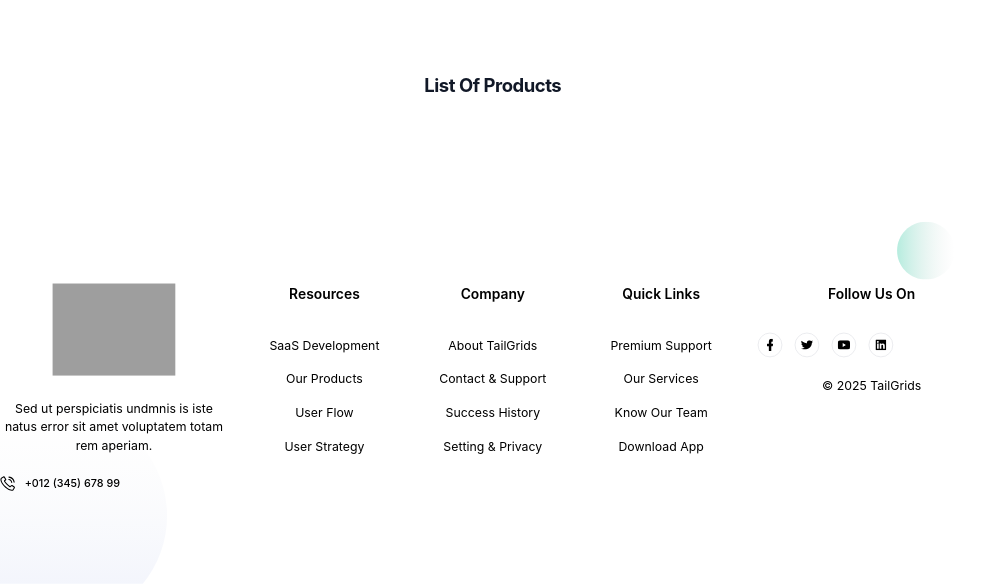
Repository: sayanroychaudhuri/React-One-Page-Ecommerce-Product-List
Page: /
These files come from the project's save history. The page is drawn as it stood at one moment and after the next save; the edit follows.
The browser window is 1280 px wide. The page is 1296 px wide, so the pictures cover 1296 px, including what lies to the right of the window. The pictures show the whole page, at 77% of full size.
Pictures or frames that could not be fetched are drawn as grey boxes. The page's requests for data from a server got no answer. The project was rebuilt for these pictures with package versions that can differ from the ones it lists, and the page was loaded fresh each time. No one was signed in, and anything a server would have sent is missing.

Above is the page before, as saved 2024-01-31 18:57:38.

### src/App.js
import './App.css';
import ProductList from './components/products/ProductList';

function App() {
  return (
    <div className="App">
      <ProductList />
    </div>
  );
}

export default App;

### src/components/products/ProductList.js
import React, { useEffect,useState } from 'react';
import axios from 'axios';

function ProductList() {
  const [products,setProducts] = useState([])
  const [pagination,setPagination] = useState({skip:0,total:0,currentPage:1})
  const getProductList = ()=>{
    axios.get(`https://dummyjson.com/products?limit=8&skip=${pagination.skip}`)
    .then(function (response) {
      // handle success
      let products = response.data.products;
      setProducts(products);
      setPagination({...pagination,total: Math.ceil(response.data.total/8)})
    })
    .catch(function (error) {
      // handle error
      console.log(error);
    })
}

  useEffect(() => {
    setProducts([])
    getProductList();
  }, [pagination.currentPage])

  const returnPagination =()=>{
    let eachSide = 1;
    let pgArr = [];
    if(pagination.total<= ((2*eachSide)+5)){
      for(let n=1;n<=pagination.total;n++){
        pgArr.push(n);
      }
    }else{
      switch (true) {
        case pagination.currentPage<=(eachSide+3):
          for(let n=1;n<=((2*eachSide)+3);n++){
            pgArr.push(n);
          }
          pgArr.push('...',pagination.total)
          break;
        case pagination.currentPage>=(pagination.total-(eachSide+2)):
          pgArr.push(1,'...')
          for(let n=(pagination.total-(2*eachSide)-2);n<=pagination.total;n++){
            pgArr.push(n);
          }
          break;
        default:
          pgArr.push(1,'...')
          for(let n=(pagination.currentPage-eachSide);n<=(pagination.currentPage+eachSide);n++){
            pgArr.push(n);
          }
          pgArr.push('...',pagination.total)
          break;
      }
    }
    return <nav aria-label="Page navigation example">
    <ul className="inline-flex -space-x-px text-sm">
      {pagination.currentPage!== 1 &&
      <li>
        <a href="#" onClick={()=>_changePage(pagination.currentPage-1)} className="flex items-center justify-center px-3 h-8 ms-0 leading-tight text-gray-500 bg-white border border-e-0 border-gray-300 rounded-s-lg hover:bg-gray-100 hover:text-gray-700 dark:bg-gray-800 dark:border-gray-700 dark:text-gray-400 dark:hover:bg-gray-700 dark:hover:text-white">Previous</a>
      </li> }
      {pgArr.length > 0 && pgArr.map((data,key)=>{
        return pagination.currentPage===data ?
        <li>
        <a href="#" onClick={()=>_changePage(data)} aria-current="page" className="flex items-center justify-center px-3 h-8 text-blue-600 border border-gray-300 bg-blue-50 hover:bg-blue-100 hover:text-blue-700 dark:border-gray-700 dark:bg-gray-700 dark:text-white">{data}</a>
      </li> :
        <li>
        <a href="#" onClick={()=>_changePage(data)} className="flex items-center justify-center px-3 h-8 leading-tight text-gray-500 bg-white border border-gray-300 hover:bg-gray-100 hover:text-gray-700 dark:bg-gray-800 dark:border-gray-700 dark:text-gray-400 dark:hover:bg-gray-700 dark:hover:text-white">{data}</a>
      </li>
      })}


      {pagination.currentPage!== pagination.total &&
      <li>
        <a href="#" onClick={()=>_changePage(pagination.currentPage+1)} className="flex items-center justify-center px-3 h-8 leading-tight text-gray-500 bg-white border border-gray-300 rounded-e-lg hover:bg-gray-100 hover:text-gray-700 dark:bg-gray-800 dark:border-gray-700 dark:text-gray-400 dark:hover:bg-gray-700 dark:hover:text-white">Next</a>
      </li>}
    </ul>
  </nav>
  }

  const _changePage = (page)=>{
    setPagination({...pagination,currentPage: page,skip: ((8*page)-8)})
  }
  return (
    <React.Fragment>
    <div className="bg-white">
      <div className="mx-auto max-w-2xl px-4 py-16 sm:px-6 sm:py-24 lg:max-w-7xl lg:px-8">
        <h2 className="text-2xl font-bold tracking-tight text-gray-900">List Of Products</h2>
        <div className="mt-6 grid grid-cols-1 gap-x-6 gap-y-10 sm:grid-cols-2 lg:grid-cols-4 xl:gap-x-8">
          {products.map((product) => (
            <div key={product.id} className="group relative">
              <div className="aspect-h-1 aspect-w-1 w-full overflow-hidden rounded-md bg-gray-200 lg:aspect-none group-hover:opacity-75 lg:h-80">
                <img
                  src={product.thumbnail}
                  alt={product.brand}
                  className="h-full w-full object-cover object-center lg:h-full lg:w-full"
                />
              </div>
              <div className="mt-4 flex justify-between">
                <div>
                  <h3 className="text-sm text-gray-700">
                    <a href={product.href}>
                      <span aria-hidden="true" className="absolute inset-0" />
                      {product.title}
                    </a>
                  </h3>
                  <p className="mt-1 text-sm text-gray-500">{product.description}</p>
                </div>
                <p className="text-sm font-medium text-gray-900">${product.price}</p>
              </div>
            </div>
          ))}
        </div>
      </div>
    </div>
    {pagination.total > 0 &&
    returnPagination()
     }
     <footer
   class="relative z-10 bg-white dark:bg-dark pt-20 pb-10 lg:pt-[120px] lg:pb-20"
   >
   <div class="container mx-auto">
      <div class="flex flex-wrap -mx-4">
         <div class="w-full px-4 sm:w-2/3 lg:w-3/12">
            <div class="w-full mb-10">
               <a
                  href="javascript:void(0)"
                  class="mb-6 inline-block max-w-[160px]"
                  >
               <img
                  src="https://cdn.tailgrids.com/2.0/image/assets/images/logo/logo.svg"
                  alt="logo"
                  class="max-w-full dark:hidden"
                  />
               <img
                  src="https://cdn.tailgrids.com/2.0/image/assets/images/logo/logo-white.svg"
                  alt="logo"
                  class="max-w-full hidden dark:block"
                  />
               </a>
               <p class="text-base text-body-color dark:text-dark-6 mb-7">
                  Sed ut perspiciatis undmnis is iste natus error sit amet
                  voluptatem totam rem aperiam.
               </p>
               <p
                  class="flex items-center text-sm font-medium text-dark dark:text-white"
                  >
                  <span class="mr-3 text-primary">
                     <svg
                        width="20"
                        height="20"
                        viewBox="0 0 20 20"
                        fill="none"
                        xmlns="http://www.w3.org/2000/svg"
                        >
                        <g clip-path="url(#clip0_941_15626)">
                           <path
                              d="M15.1875 19.4688C14.3438 19.4688 13.375 19.25 12.3125 18.8438C10.1875 18 7.84377 16.375 5.75002 14.2813C3.65627 12.1875 2.03127 9.84377 1.18752 7.68752C0.250019 5.37502 0.343769 3.46877 1.43752 2.40627C1.46877 2.37502 1.53127 2.34377 1.56252 2.31252L4.18752 0.750025C4.84377 0.375025 5.68752 0.562525 6.12502 1.18752L7.96877 3.93753C8.40627 4.59378 8.21877 5.46877 7.59377 5.90627L6.46877 6.68752C7.28127 8.00002 9.59377 11.2188 13.2813 13.5313L13.9688 12.5313C14.5 11.7813 15.3438 11.5625 16.0313 12.0313L18.7813 13.875C19.4063 14.3125 19.5938 15.1563 19.2188 15.8125L17.6563 18.4375C17.625 18.5 17.5938 18.5313 17.5625 18.5625C17 19.1563 16.1875 19.4688 15.1875 19.4688ZM2.37502 3.46878C1.78127 4.12503 1.81252 5.46877 2.50002 7.18752C3.28127 9.15627 4.78127 11.3125 6.75002 13.2813C8.68752 15.2188 10.875 16.7188 12.8125 17.5C14.5 18.1875 15.8438 18.2188 16.5313 17.625L18.0313 15.0625C18.0313 15.0313 18.0313 15.0313 18.0313 15L15.2813 13.1563C15.2813 13.1563 15.2188 13.1875 15.1563 13.2813L14.4688 14.2813C14.0313 14.9063 13.1875 15.0938 12.5625 14.6875C8.62502 12.25 6.18752 8.84377 5.31252 7.46877C4.90627 6.81252 5.06252 5.96878 5.68752 5.53128L6.81252 4.75002V4.71878L4.96877 1.96877C4.96877 1.93752 4.93752 1.93752 4.90627 1.96877L2.37502 3.46878Z"
                              fill="currentColor"
                              />
                           <path
                              d="M18.3125 8.90633C17.9375 8.90633 17.6563 8.62508 17.625 8.25008C17.375 5.09383 14.7813 2.56258 11.5938 2.34383C11.2188 2.31258 10.9063 2.00008 10.9375 1.59383C10.9688 1.21883 11.2813 0.906333 11.6875 0.937583C15.5625 1.18758 18.7188 4.25008 19.0313 8.12508C19.0625 8.50008 18.7813 8.84383 18.375 8.87508C18.375 8.90633 18.3438 8.90633 18.3125 8.90633Z"
                              fill="currentColor"
                              />
                           <path
                              d="M15.2187 9.18755C14.875 9.18755 14.5625 8.93755 14.5312 8.56255C14.3437 6.87505 13.0312 5.56255 11.3437 5.3438C10.9687 5.31255 10.6875 4.93755 10.7187 4.56255C10.75 4.18755 11.125 3.9063 11.5 3.93755C13.8437 4.2188 15.6562 6.0313 15.9375 8.37505C15.9687 8.75005 15.7187 9.0938 15.3125 9.1563C15.25 9.18755 15.2187 9.18755 15.2187 9.18755Z"
                              fill="currentColor"
                              />
                        </g>
                        <defs>
                           <clipPath id="clip0_941_15626">
                              <rect width="20" height="20" fill="white" />
                           </clipPath>
                        </defs>
                     </svg>
                  </span>
                  <span>+012 (345) 678 99</span>
               </p>
            </div>
         </div>
         <div class="w-full px-4 sm:w-1/2 lg:w-2/12">
            <div class="w-full mb-10">
               <h4 class="text-lg font-semibold text-dark dark:text-white mb-9">
                  Resources
               </h4>
               <ul class="space-y-3">
                  <li>
                     <a
                        href="javascript:void(0)"
                        class="inline-block text-base leading-loose text-body-color hover:text-primary dark:text-dark-6"
                        >
                     SaaS Development
                     </a>
                  </li>
                  <li>
                     <a
                        href="javascript:void(0)"
                        class="inline-block text-base leading-loose text-body-color hover:text-primary dark:text-dark-6"
                        >
                     Our Products
                     </a>
                  </li>
                  <li>
                     <a
                        href="javascript:void(0)"
                        class="inline-block text-base leading-loose text-body-color hover:text-primary dark:text-dark-6"
                        >
                     User Flow
                     </a>
                  </li>
                  <li>
                     <a
                        href="javascript:void(0)"
                        class="inline-block text-base leading-loose text-body-color hover:text-primary dark:text-dark-6"
                        >
                     User Strategy
                     </a>
                  </li>
               </ul>
            </div>
         </div>
         <div class="w-full px-4 sm:w-1/2 lg:w-2/12">
            <div class="w-full mb-10">
               <h4 class="text-lg font-semibold text-dark dark:text-white mb-9">
                  Company
               </h4>
               <ul class="space-y-3">
                  <li>
                     <a
                        href="javascript:void(0)"
                        class="inline-block text-base leading-loose text-body-color hover:text-primary dark:text-dark-6"
                        >
                     About TailGrids
                     </a>
                  </li>
                  <li>
                     <a
                        href="javascript:void(0)"
                        class="inline-block text-base leading-loose text-body-color hover:text-primary dark:text-dark-6"
                        >
                     Contact & Support
                     </a>
                  </li>
                  <li>
                     <a
                        href="javascript:void(0)"
                        class="inline-block text-base leading-loose text-body-color hover:text-primary dark:text-dark-6"
                        >
                     Success History
                     </a>
                  </li>
                  <li>
                     <a
                        href="javascript:void(0)"
                        class="inline-block text-base leading-loose text-body-color hover:text-primary dark:text-dark-6"
                        >
                     Setting & Privacy
                     </a>
                  </li>
               </ul>
            </div>
         </div>
         <div class="w-full px-4 sm:w-1/2 lg:w-2/12">
            <div class="w-full mb-10">
               <h4 class="text-lg font-semibold text-dark dark:text-white mb-9">
                  Quick Links
               </h4>
               <ul class="space-y-3">
                  <li>
                     <a
                        href="javascript:void(0)"
                        class="inline-block text-base leading-loose text-body-color hover:text-primary dark:text-dark-6"
                        >
                     Premium Support
                     </a>
                  </li>
                  <li>
                     <a
                        href="javascript:void(0)"
                        class="inline-block text-base leading-loose text-body-color hover:text-primary dark:text-dark-6"
                        >
                     Our Services
                     </a>
                  </li>
                  <li>
                     <a
                        href="javascript:void(0)"
                        class="inline-block text-base leading-loose text-body-color hover:text-primary dark:text-dark-6"
                        >
                     Know Our Team
                     </a>
                  </li>
                  <li>
                     <a
                        href="javascript:void(0)"
                        class="inline-block text-base leading-loose text-body-color hover:text-primary dark:text-dark-6"
                        >
                     Download App
                     </a>
                  </li>
               </ul>
            </div>
         </div>
         <div class="w-full px-4 sm:w-1/2 lg:w-3/12">
            <div class="w-full mb-10">
               <h4 class="text-lg font-semibold text-dark dark:text-white mb-9">
                  Follow Us On
               </h4>
               <div class="flex items-center mb-6">
                  <a
                     href="javascript:void(0)"
                     class="flex items-center justify-center w-8 h-8 mr-3 border rounded-full text-dark hover:border-primary hover:bg-primary border-stroke dark:border-dark-3 dark:hover:border-primary dark:text-white hover:text-white sm:mr-4 lg:mr-3 xl:mr-4"
                     >
                     <svg
                        width="8"
                        height="16"
                        viewBox="0 0 8 16"
                        class="fill-current"
                        >
                        <path
                           d="M7.43902 6.4H6.19918H5.75639V5.88387V4.28387V3.76774H6.19918H7.12906C7.3726 3.76774 7.57186 3.56129 7.57186 3.25161V0.516129C7.57186 0.232258 7.39474 0 7.12906 0H5.51285C3.76379 0 2.54609 1.44516 2.54609 3.5871V5.83226V6.34839H2.10329H0.597778C0.287819 6.34839 0 6.63226 0 7.04516V8.90323C0 9.26452 0.243539 9.6 0.597778 9.6H2.05902H2.50181V10.1161V15.3032C2.50181 15.6645 2.74535 16 3.09959 16H5.18075C5.31359 16 5.42429 15.9226 5.51285 15.8194C5.60141 15.7161 5.66783 15.5355 5.66783 15.3806V10.1419V9.62581H6.13276H7.12906C7.41688 9.62581 7.63828 9.41935 7.68256 9.10968V9.08387V9.05806L7.99252 7.27742C8.01466 7.09677 7.99252 6.89032 7.85968 6.68387C7.8154 6.55484 7.61614 6.42581 7.43902 6.4Z"
                           />
                     </svg>
                  </a>
                  <a
                     href="javascript:void(0)"
                     class="flex items-center justify-center w-8 h-8 mr-3 border rounded-full text-dark hover:border-primary hover:bg-primary border-stroke dark:border-dark-3 dark:hover:border-primary dark:text-white hover:text-white sm:mr-4 lg:mr-3 xl:mr-4"
                     >
                     <svg
                        width="16"
                        height="12"
                        viewBox="0 0 16 12"
                        class="fill-current"
                        >
                        <path
                           d="M14.2194 2.06654L15.2 0.939335C15.4839 0.634051 15.5613 0.399217 15.5871 0.2818C14.8129 0.704501 14.0903 0.845401 13.6258 0.845401H13.4452L13.3419 0.751468C12.7226 0.258317 11.9484 0 11.1226 0C9.31613 0 7.89677 1.36204 7.89677 2.93542C7.89677 3.02935 7.89677 3.17025 7.92258 3.26419L8 3.73386L7.45806 3.71037C4.15484 3.61644 1.44516 1.03327 1.00645 0.587084C0.283871 1.76125 0.696774 2.88845 1.13548 3.59296L2.0129 4.90802L0.619355 4.20352C0.645161 5.18982 1.05806 5.96477 1.85806 6.52838L2.55484 6.99804L1.85806 7.25636C2.29677 8.45401 3.27742 8.94716 4 9.13503L4.95484 9.36986L4.05161 9.93346C2.60645 10.8728 0.8 10.8024 0 10.7319C1.62581 11.7652 3.56129 12 4.90323 12C5.90968 12 6.65806 11.9061 6.83871 11.8356C14.0645 10.2857 14.4 4.41487 14.4 3.2407V3.07632L14.5548 2.98239C15.4323 2.23092 15.7935 1.8317 16 1.59687C15.9226 1.62035 15.8194 1.66732 15.7161 1.6908L14.2194 2.06654Z"
                           />
                     </svg>
                  </a>
                  <a
                     href="javascript:void(0)"
                     class="flex items-center justify-center w-8 h-8 mr-3 border rounded-full text-dark hover:border-primary hover:bg-primary border-stroke dark:border-dark-3 dark:hover:border-primary dark:text-white hover:text-white sm:mr-4 lg:mr-3 xl:mr-4"
                     >
                     <svg
                        width="16"
                        height="12"
                        viewBox="0 0 16 12"
                        class="fill-current"
                        >
                        <path
                           d="M15.6645 1.88018C15.4839 1.13364 14.9419 0.552995 14.2452 0.359447C13.0065 6.59222e-08 8 0 8 0C8 0 2.99355 6.59222e-08 1.75484 0.359447C1.05806 0.552995 0.516129 1.13364 0.335484 1.88018C0 3.23502 0 6 0 6C0 6 0 8.79263 0.335484 10.1198C0.516129 10.8664 1.05806 11.447 1.75484 11.6406C2.99355 12 8 12 8 12C8 12 13.0065 12 14.2452 11.6406C14.9419 11.447 15.4839 10.8664 15.6645 10.1198C16 8.79263 16 6 16 6C16 6 16 3.23502 15.6645 1.88018ZM6.4 8.57143V3.42857L10.5548 6L6.4 8.57143Z"
                           />
                     </svg>
                  </a>
                  <a
                     href="javascript:void(0)"
                     class="flex items-center justify-center w-8 h-8 mr-3 border rounded-full text-dark hover:border-primary hover:bg-primary border-stroke dark:border-dark-3 dark:hover:border-primary dark:text-white hover:text-white sm:mr-4 lg:mr-3 xl:mr-4"
                     >
                     <svg
                        width="14"
                        height="14"
                        viewBox="0 0 14 14"
                        class="fill-current"
                        >
                        <path
                           d="M13.0214 0H1.02084C0.453707 0 0 0.451613 0 1.01613V12.9839C0 13.5258 0.453707 14 1.02084 14H12.976C13.5432 14 13.9969 13.5484 13.9969 12.9839V0.993548C14.0422 0.451613 13.5885 0 13.0214 0ZM4.15142 11.9H2.08705V5.23871H4.15142V11.9ZM3.10789 4.3129C2.42733 4.3129 1.90557 3.77097 1.90557 3.11613C1.90557 2.46129 2.45002 1.91935 3.10789 1.91935C3.76577 1.91935 4.31022 2.46129 4.31022 3.11613C4.31022 3.77097 3.81114 4.3129 3.10789 4.3129ZM11.9779 11.9H9.9135V8.67097C9.9135 7.90323 9.89082 6.8871 8.82461 6.8871C7.73571 6.8871 7.57691 7.74516 7.57691 8.60323V11.9H5.51254V5.23871H7.53154V6.16452H7.55423C7.84914 5.62258 8.50701 5.08065 9.52785 5.08065C11.6376 5.08065 12.0232 6.43548 12.0232 8.2871V11.9H11.9779Z"
                           />
                     </svg>
                  </a>
               </div>
               <p class="text-base text-body-color dark:text-dark-6">
                  &copy; 2025 TailGrids
               </p>
            </div>
         </div>
      </div>
   </div>
   <div>
      <span class="absolute left-0 bottom-0 z-[-1]">
         <svg
            width="217"
            height="229"
            viewBox="0 0 217 229"
            fill="none"
            xmlns="http://www.w3.org/2000/svg"
            >
            <path
               d="M-64 140.5C-64 62.904 -1.096 1.90666e-05 76.5 1.22829e-05C154.096 5.49924e-06 217 62.904 217 140.5C217 218.096 154.096 281 76.5 281C-1.09598 281 -64 218.096 -64 140.5Z"
               fill="url(#paint0_linear_1179_5)"
               />
            <defs>
               <linearGradient
                  id="paint0_linear_1179_5"
                  x1="76.5"
                  y1="281"
                  x2="76.5"
                  y2="1.22829e-05"
                  gradientUnits="userSpaceOnUse"
                  >
                  <stop stop-color="#3056D3" stop-opacity="0.08" />
                  <stop offset="1" stop-color="#C4C4C4" stop-opacity="0" />
               </linearGradient>
            </defs>
         </svg>
      </span>
      <span class="absolute top-10 right-10 z-[-1]">
         <svg
            width="75"
            height="75"
            viewBox="0 0 75 75"
            fill="none"
            xmlns="http://www.w3.org/2000/svg"
            >
            <path
               d="M37.5 -1.63918e-06C58.2107 -2.54447e-06 75 16.7893 75 37.5C75 58.2107 58.2107 75 37.5 75C16.7893 75 -7.33885e-07 58.2107 -1.63918e-06 37.5C-2.54447e-06 16.7893 16.7893 -7.33885e-07 37.5 -1.63918e-06Z"
               fill="url(#paint0_linear_1179_4)"
               />
            <defs>
               <linearGradient
                  id="paint0_linear_1179_4"
                  x1="-1.63917e-06"
                  y1="37.5"
                  x2="75"
                  y2="37.5"
                  gradientUnits="userSpaceOnUse"
                  >
                  <stop stop-color="#13C296" stop-opacity="0.31" />
                  <stop offset="1" stop-color="#C4C4C4" stop-opacity="0" />
               </linearGradient>
            </defs>
         </svg>
      </span>
   </div>
</footer>
  </React.Fragment>
  )
}

export default ProductList

Loaded but not shown: public/index.html (common file); src/index.js (common file); src/index.css (common file); src/reportWebVitals.js (common file); src/App.css (common file); tailwind.config.js (common file); src/components/products/Header.js (241 lines, source omitted)

After the next save:
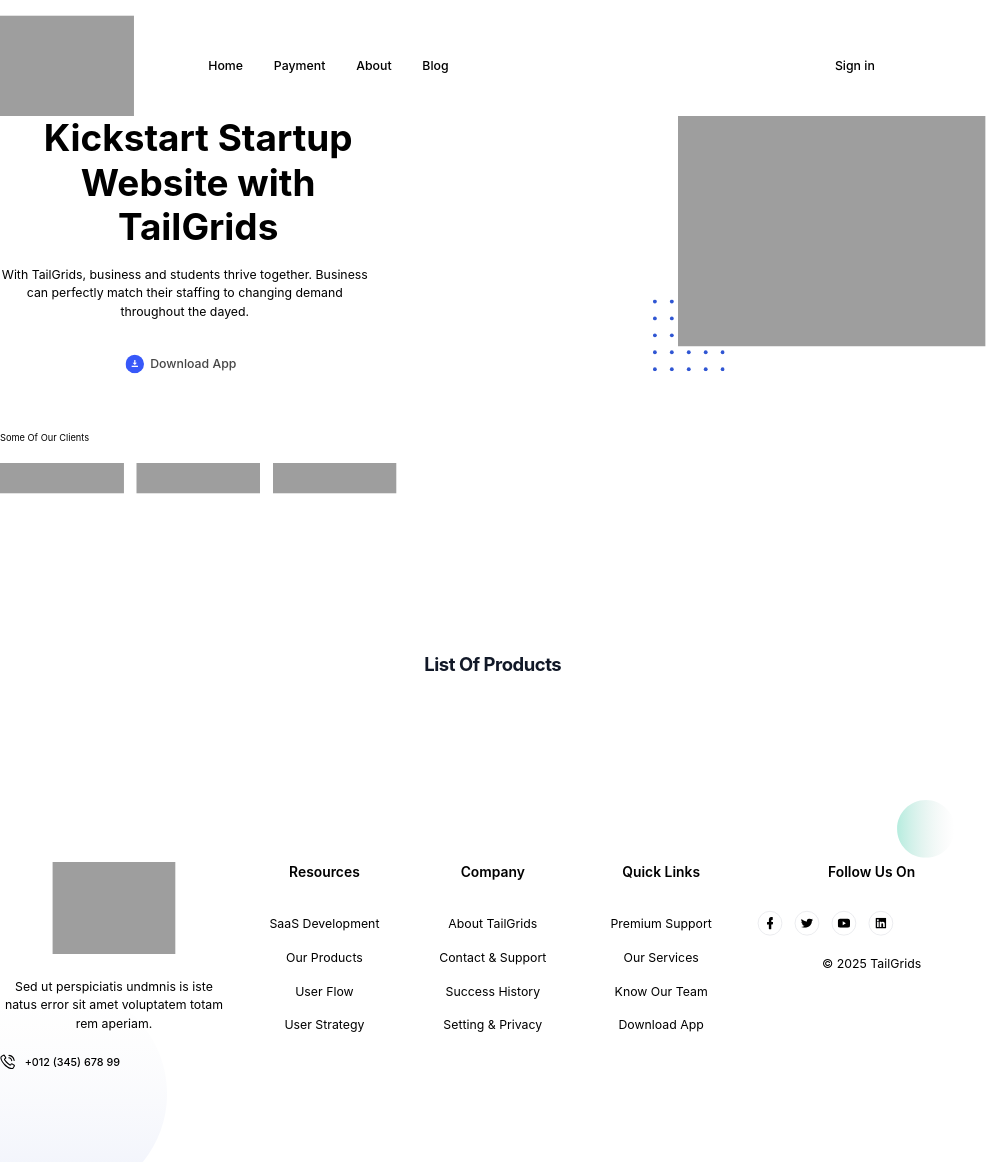
Saved 49 s later.
--- a/src/components/products/ProductList.js
+++ b/src/components/products/ProductList.js
@@ -1,4 +1,5 @@
 import React, { useEffect,useState } from 'react';
+import Header from './Header';
 import axios from 'axios';
 
 function ProductList() {
@@ -83,6 +84,7 @@
   }
   return (
     <React.Fragment>
+      <Header />
     <div className="bg-white">
       <div className="mx-auto max-w-2xl px-4 py-16 sm:px-6 sm:py-24 lg:max-w-7xl lg:px-8">
         <h2 className="text-2xl font-bold tracking-tight text-gray-900">List Of Products</h2>
